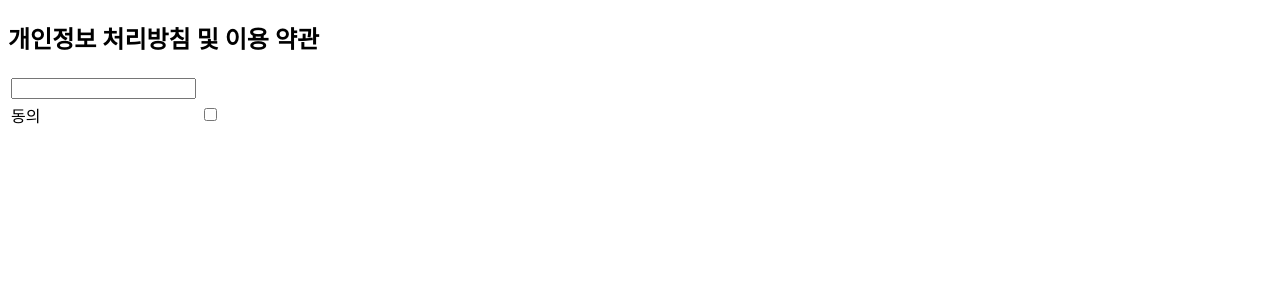
Repository: skdltm12/jsp1
Page: http://localhost/web01/agree.jsp
An editor plug-in stored every save of this project. The page is shown before and after the next save, followed by the edit.
The browser window is 1280 px wide. The pictures show the whole page.
The page is served by Tomcat 9.

Above is the page before, as saved 2022-04-26 16:04:41.

After the next save:
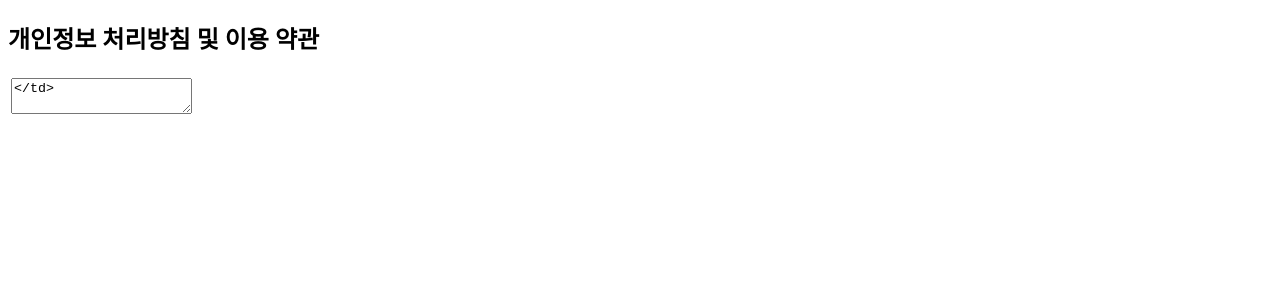
Saved 108 s later.
--- a/web01/src/main/webapp/agree.jsp
+++ b/web01/src/main/webapp/agree.jsp
@@ -11,7 +11,7 @@
 	<table>
 		<tbody>
 			<tr>
-				<td><input type="memo"></td>
+				<td><textarea></td>
 			</tr>
 			<tr>
 				<td>동의</td>
